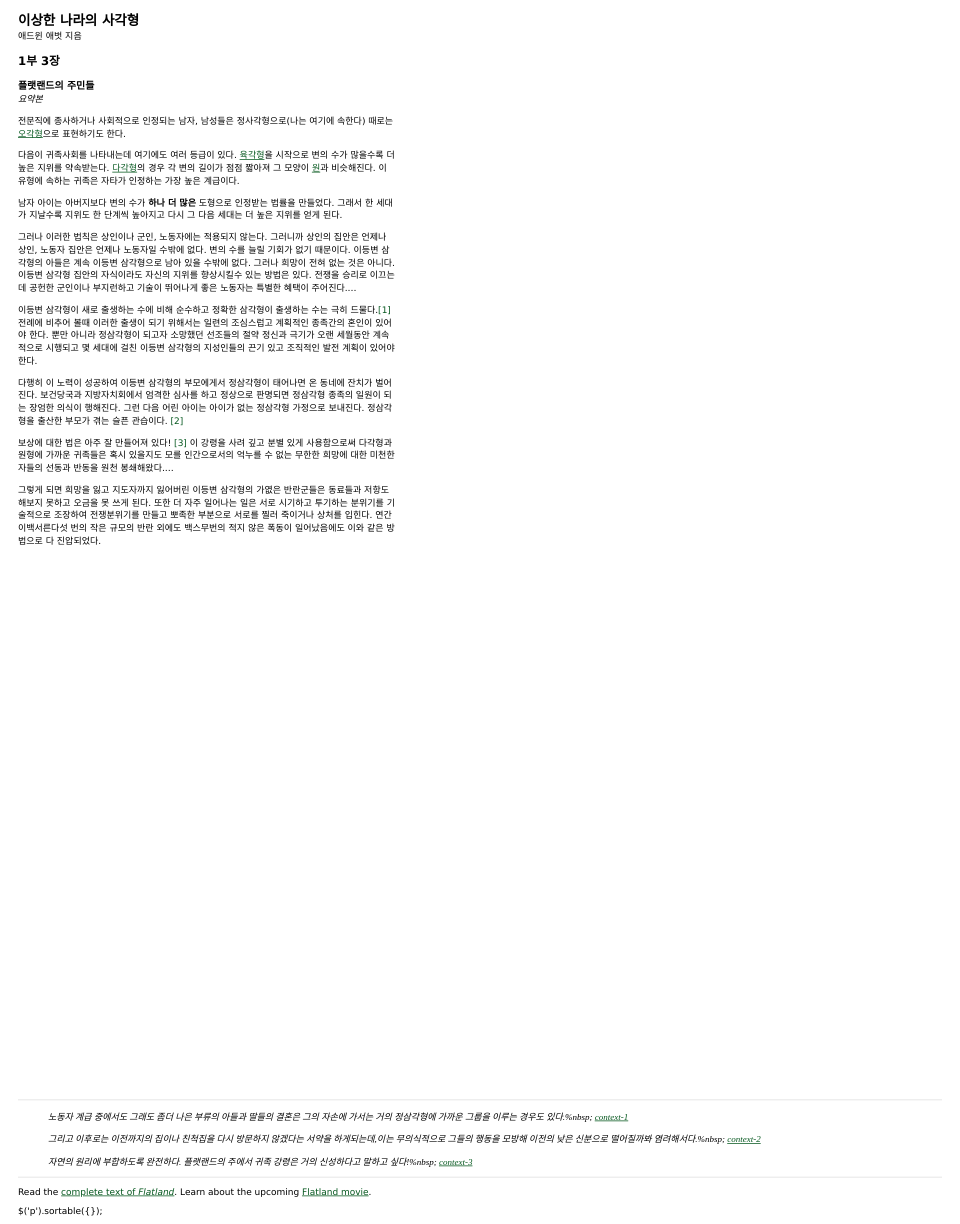
Repository: RyuJelly/211
Page: java_web/jQuery/WebContent/chap05/index.html
The author's editor kept a copy of each file at every save. The page is drawn from the files as they stood at one save, then again after the next save.
The browser window is 1280 px wide. The pictures show the whole page, at 75% of full size.

Above is the page before, as saved 2021-03-17 03:06:18.

After the next save:
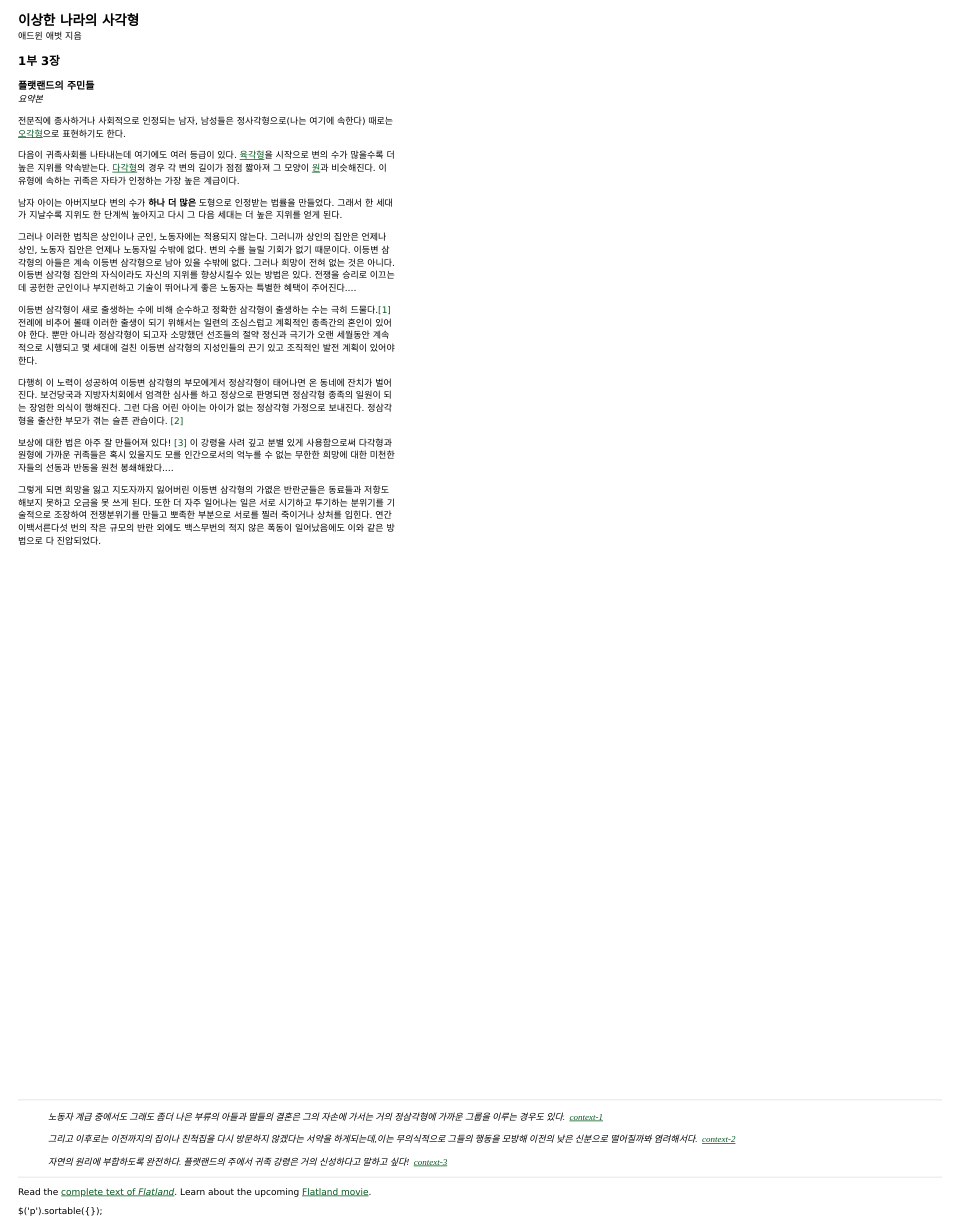
Saved 37 s later.
--- a/java_web/jQuery/WebContent/chap05/flatland.js
+++ b/java_web/jQuery/WebContent/chap05/flatland.js
@@ -4,7 +4,7 @@
 	$('span.footnote').each(function(i){
 		$(this).before('<a id="context-' + (i+1) + '">[' + (i+1) + ']</a>')
 			.appendTo('#notes')
-			.append('%nbsp; <a href="#context-' + (i+1) + '">context-' + (i+1) + '</a>')
+			.append('&nbsp; <a href="#context-' + (i+1) + '">context-' + (i+1) + '</a>')
 	});
 
 });
